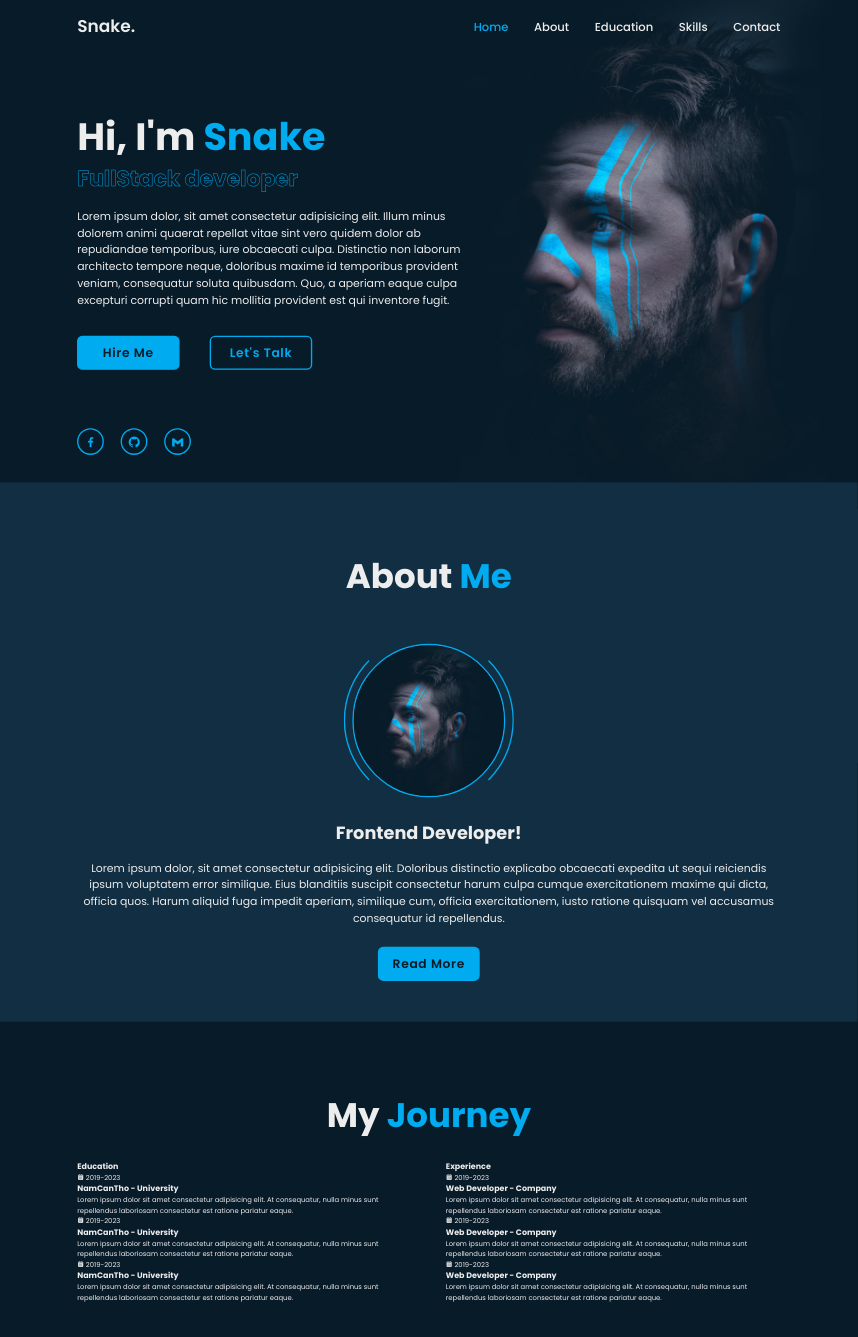
Repository: Tanty102/About_Me
Page: index.html
These files come from the project's save history. The page is drawn as it stood at one moment and after a run of saves; the edit follows.
The browser window is 1280 px wide. The pictures show the whole page, at 67% of full size.

Above is the page before, as saved 2023-09-12 18:33:33.

### index.html
<!DOCTYPE html>
<html lang="en">
  <head>
    <meta charset="UTF-8" />
    <meta name="viewport" content="width=device-width, initial-scale=1.0" />
    <link rel="stylesheet" href="style.css" />
    <title>CV Snake</title>
  </head>

  <!-- box icons -->
  <link
    href="https://unpkg.com/boxicons@2.1.4/css/boxicons.min.css"
    rel="stylesheet" />
  <body>
    <!-- Header design -->
    <header class="header">
      <a href="#" class="logo">Snake.</a>

      <div class="bx bx-menu" id="menu-icon"></div>

      <nav class="navbar">
        <a href="#home" class="active">Home</a>
        <a href="#about">About</a>
        <a href="#education">Education</a>
        <a href="#skills">Skills</a>
        <a href="#contact">Contact</a>
      </nav>
    </header>

    <!-- Home section design -->
    <section class="home" id="home">
      <div class="home-content">
        <h1>Hi, I'm <span>Snake</span></h1>
        <div class="text-animate">
          <h3>FullStack developer</h3>
        </div>
        <p>
          Lorem ipsum dolor, sit amet consectetur adipisicing elit. Illum minus
          dolorem animi quaerat repellat vitae sint vero quidem dolor ab
          repudiandae temporibus, iure obcaecati culpa. Distinctio non laborum
          architecto tempore neque, doloribus maxime id temporibus provident
          veniam, consequatur soluta quibusdam. Quo, a aperiam eaque culpa
          excepturi corrupti quam hic mollitia provident est qui inventore
          fugit.
        </p>

        <div class="btn-box">
          <a href="#" class="btn">Hire Me</a>
          <a href="#" class="btn">Let's Talk</a>
        </div>
      </div>

      <div class="home-sci">
        <a href="#"><i class="bx bxl-facebook"></i></a>
        <a href="#"><i class="bx bxl-github"></i></a>
        <a href="#"><i class="bx bxl-gmail"></i></a>
      </div>

      <div class="home-imgHover"></div>
    </section>

    <!-- About section design -->
    <section class="about" id="about">
      <h2 class="heading">About <span>Me</span></h2>

      <div class="about-img">
        <img src="image/about.jpg" alt="" />
        <span class="circle-spin"></span>
      </div>

      <div class="about-content">
        <h3>Frontend Developer!</h3>
        <p>
          Lorem ipsum dolor, sit amet consectetur adipisicing elit. Doloribus
          distinctio explicabo obcaecati expedita ut sequi reiciendis ipsum
          voluptatem error similique. Eius blanditiis suscipit consectetur harum
          culpa cumque exercitationem maxime qui dicta, officia quos. Harum
          aliquid fuga impedit aperiam, similique cum, officia exercitationem,
          iusto ratione quisquam vel accusamus consequatur id repellendus.
        </p>

        <div class="btn-box btns">
          <a href="#" class="btn">Read More</a>
        </div>
      </div>
    </section>

    <!-- Education section design -->
    <section class="education" id="education">
      <h2 class="heading">My <span>Journey</span></h2>

      <div class="education-row">
        <div class="education-column">
          <h3 class="title">Education</h3>

          <div class="education-box">
            <div class="education-content">
              <div class="content">
                <div class="year">
                  <i class="bx bxs-calendar"></i> 2019-2023
                </div>
                <h3>NamCanTho - University</h3>
                <p>
                  Lorem ipsum dolor sit amet consectetur adipisicing elit. At
                  consequatur, nulla minus sunt repellendus laboriosam
                  consectetur est ratione pariatur eaque.
                </p>
              </div>
            </div>

            <div class="education-content">
              <div class="content">
                <div class="year">
                  <i class="bx bxs-calendar"></i> 2019-2023
                </div>
                <h3>NamCanTho - University</h3>
                <p>
                  Lorem ipsum dolor sit amet consectetur adipisicing elit. At
                  consequatur, nulla minus sunt repellendus laboriosam
                  consectetur est ratione pariatur eaque.
                </p>
              </div>
            </div>

            <div class="education-content">
              <div class="content">
                <div class="year">
                  <i class="bx bxs-calendar"></i> 2019-2023
                </div>
                <h3>NamCanTho - University</h3>
                <p>
                  Lorem ipsum dolor sit amet consectetur adipisicing elit. At
                  consequatur, nulla minus sunt repellendus laboriosam
                  consectetur est ratione pariatur eaque.
                </p>
              </div>
            </div>
          </div>
        </div>

        <div class="education-column">
          <h3 class="title">Experience</h3>

          <div class="education-box">
            <div class="education-content">
              <div class="content">
                <div class="year">
                  <i class="bx bxs-calendar"></i> 2019-2023
                </div>
                <h3>Web Developer - Company</h3>
                <p>
                  Lorem ipsum dolor sit amet consectetur adipisicing elit. At
                  consequatur, nulla minus sunt repellendus laboriosam
                  consectetur est ratione pariatur eaque.
                </p>
              </div>
            </div>

            <div class="education-content">
              <div class="content">
                <div class="year">
                  <i class="bx bxs-calendar"></i> 2019-2023
                </div>
                <h3>Web Developer - Company</h3>
                <p>
                  Lorem ipsum dolor sit amet consectetur adipisicing elit. At
                  consequatur, nulla minus sunt repellendus laboriosam
                  consectetur est ratione pariatur eaque.
                </p>
              </div>
            </div>

            <div class="education-content">
              <div class="content">
                <div class="year">
                  <i class="bx bxs-calendar"></i> 2019-2023
                </div>
                <h3>Web Developer - Company</h3>
                <p>
                  Lorem ipsum dolor sit amet consectetur adipisicing elit. At
                  consequatur, nulla minus sunt repellendus laboriosam
                  consectetur est ratione pariatur eaque.
                </p>
              </div>
            </div>
          </div>
        </div>
      </div>
    </section>

    <script src="main.js"></script>
  </body>
</html>

### style.css
@import url("https://fonts.googleapis.com/css2?family=Poppins:wght@300;400;500;600;700;800;900&display=swap");

* {
  margin: 0;
  padding: 0;
  box-sizing: border-box;
  text-decoration: none;
  border: none;
  outline: none;
  scroll-behavior: smooth;
  font-family: "Poppins", sans-serif;
}

:root {
  --bg-color: #081b29;
  --second-bg-color: #112e42;
  --text-color: #ededed;
  --main-color: #00abf0;
}

html {
  font-size: 63.5%;
  overflow-x: hidden;
}

body {
  background: var(--bg-color);
  color: var(--text-color);
}

.header {
  position: fixed;
  top: 0;
  left: 0;
  width: 100%;
  padding: 2rem 9%;
  background: transparent;
  display: flex;
  justify-content: space-between;
  align-items: center;
  z-index: 100;
}

.logo {
  font-size: 2.5rem;
  color: var(--text-color);
  font-weight: 600;
}

.navbar a {
  font-size: 1.7rem;
  color: var(--text-color);
  font-weight: 500;
  margin-left: 3.5rem;
  transition: 0.3s;
}

.navbar a:hover,
.navbar a.active {
  color: var(--main-color);
}

#menu-icon {
  font-size: 3.6rem;
  color: var(--text-color);
  cursor: pointer;
  display: none;
}

section {
  min-height: 100vh;
  padding: 10rem 9% 2rem;
}

.home {
  display: flex;
  align-items: center;
  padding: 0 9%;
  background: url("/image/home.jpg") no-repeat;
  background-size: cover;
  background-position: center;
}

.home-content {
  max-width: 60rem;
}

.home-content h1 {
  font-size: 5.6rem;
  font-weight: 700;
  line-height: 1.3;
}

.home-content .text-animate {
  position: relative;
  width: 32.8rem;
}

.home-content .text-animate h3 {
  font-size: 3.2rem;
  font-weight: 700;
  color: transparent;
  -webkit-text-stroke: 0.7px var(--main-color);
}

.home-content p {
  font-size: 1.6rem;
  margin: 2rem 0 4rem;
}

.btn-box {
  position: relative;
  display: flex;
  justify-content: space-between;
  width: 34.5rem;
  height: 5rem;
}
.btn-box .btn {
  position: relative;
  display: inline-flex;
  justify-content: center;
  align-items: center;
  width: 15rem;
  height: 100%;
  background: var(--main-color);
  border: 0.2rem solid var(--main-color);
  border-radius: 0.8rem;
  font-size: 1.8rem;
  font-weight: 600;
  letter-spacing: 0.1rem;
  color: var(--bg-color);
  z-index: 1;
  overflow: hidden;
  transition: 0.5s;
}

.btn-box .btn:hover {
  color: var(--main-color);
}

.btn-box .btn:nth-child(2) {
  background: transparent;
  color: var(--main-color);
}

.btn-box .btn:nth-child(2):hover {
  color: var(--bg-color);
}

.btn-box .btn:nth-child(2)::before {
  background: var(--main-color);
}

.btn-box .btn::before {
  content: "";
  position: absolute;
  top: 0;
  left: 0;
  width: 0;
  height: 100%;
  background: var(--bg-color);
  z-index: -1;
  transition: 0.5s;
}

.btn-box .btn:hover::before {
  width: 100%;
}

.home-sci {
  position: absolute;
  bottom: 4rem;
  width: 170px;
  display: flex;
  justify-content: space-between;
}

.home-sci a {
  position: relative;
  display: inline-flex;
  justify-content: center;
  align-items: center;
  width: 40px;
  height: 40px;
  background: transparent;
  border: 0.2rem solid var(--main-color);
  border-radius: 50%;
  font-size: 20px;
  color: var(--main-color);
  z-index: 1;
  overflow: hidden;
  transition: 0.5s;
}

.home-sci a:hover {
  color: var(--bg-color);
}

.home-sci a::before {
  content: "";
  position: absolute;
  top: 0;
  left: 0;
  width: 0;
  height: 100%;
  background: var(--main-color);
  z-index: -1;
  transition: 0.5s;
}

.home-sci a:hover::before {
  width: 100%;
}

.home-imgHover {
  position: absolute;
  top: 0;
  right: 0;
  width: 45%;
  height: 100%;
  background: transparent;
  transition: 3s;
}

.home-imgHover:hover {
  background: var(--bg-color);
  opacity: 0.8;
}

.about {
  display: flex;
  justify-content: center;
  align-items: center;
  flex-direction: column;
  gap: 2rem;
  background: var(--second-bg-color);
  padding-bottom: 6rem;
}

.heading {
  font-size: 5rem;
  margin-bottom: 3rem;
  text-align: center;
}
span {
  color: var(--main-color);
}

.about-img {
  position: relative;
  width: 25rem;
  height: 25rem;
  border-radius: 50%;
  display: flex;
  justify-content: center;
  align-items: center;
}

.about-img img {
  width: 90%;
  border-radius: 50%;
  border: 0.2rem solid var(--main-color);
}

.about-img .circle-spin {
  position: absolute;
  top: 50%;
  left: 50%;
  transform: translate(-50%, -50%) rotate(0);
  width: 100%;
  height: 100%;
  border-radius: 50%;
  border-top: 0.2rem solid var(--second-bg-color);
  border-bottom: 0.2rem solid var(--second-bg-color);
  border-left: 0.2rem solid var(--main-color);
  border-right: 0.2rem solid var(--main-color);
}

.about-content {
  text-align: center;
}

.about-content h3 {
  font-size: 2.6rem;
}

.about-content p {
  font-size: 1.6rem;
  margin: 2rem 0 3rem;
}

.btn-box.btns {
  display: inline-block;
  width: 15rem;
}

.btn-box.btns a::before {
  background: var(--second-bg-color);
}

.education {
  display: flex;
  justify-content: center;
  align-items: center;
  flex-direction: column;
  min-height: auto;
  padding-bottom: 5rem;
}

.education .education-row {
  display: flex;
  flex-wrap: wrap;
  gap: 5rem;
}

.education-row .education-column {
  flex: 1 1 40rem;
}

.education-column .title {
  font-size: 2;
}

Loaded but not shown: main.js (no copy from this time; the picture is the same without it)

After the next 2 saves:
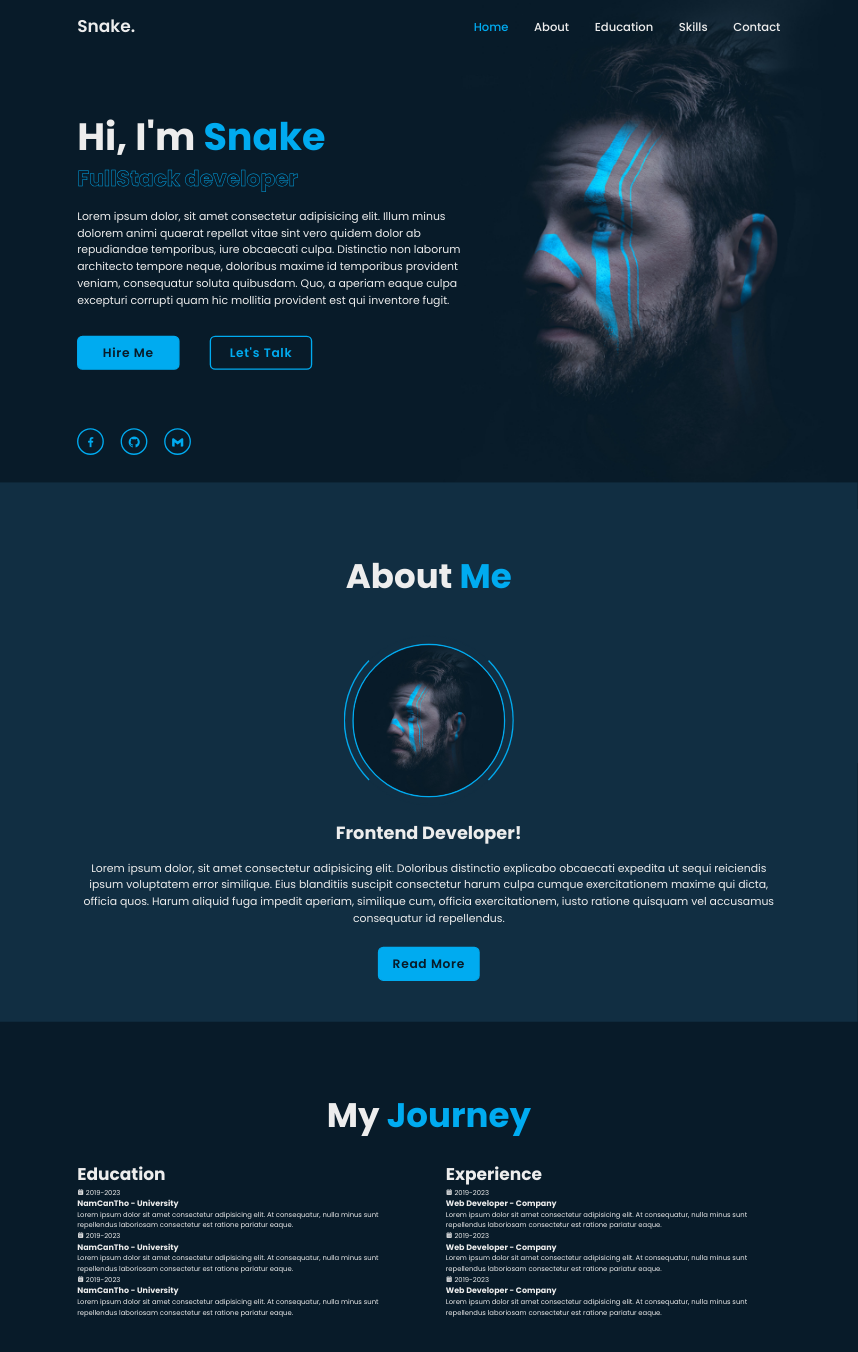
The 2 saves are shown as one change because they came seconds apart.
The last was saved 6 s later.
--- a/style.css
+++ b/style.css
@@ -318,5 +318,6 @@ span {
 }
 
 .education-column .title {
-  font-size: 2;
-}
+  font-size: 2.5rem;
+  mar
+}
